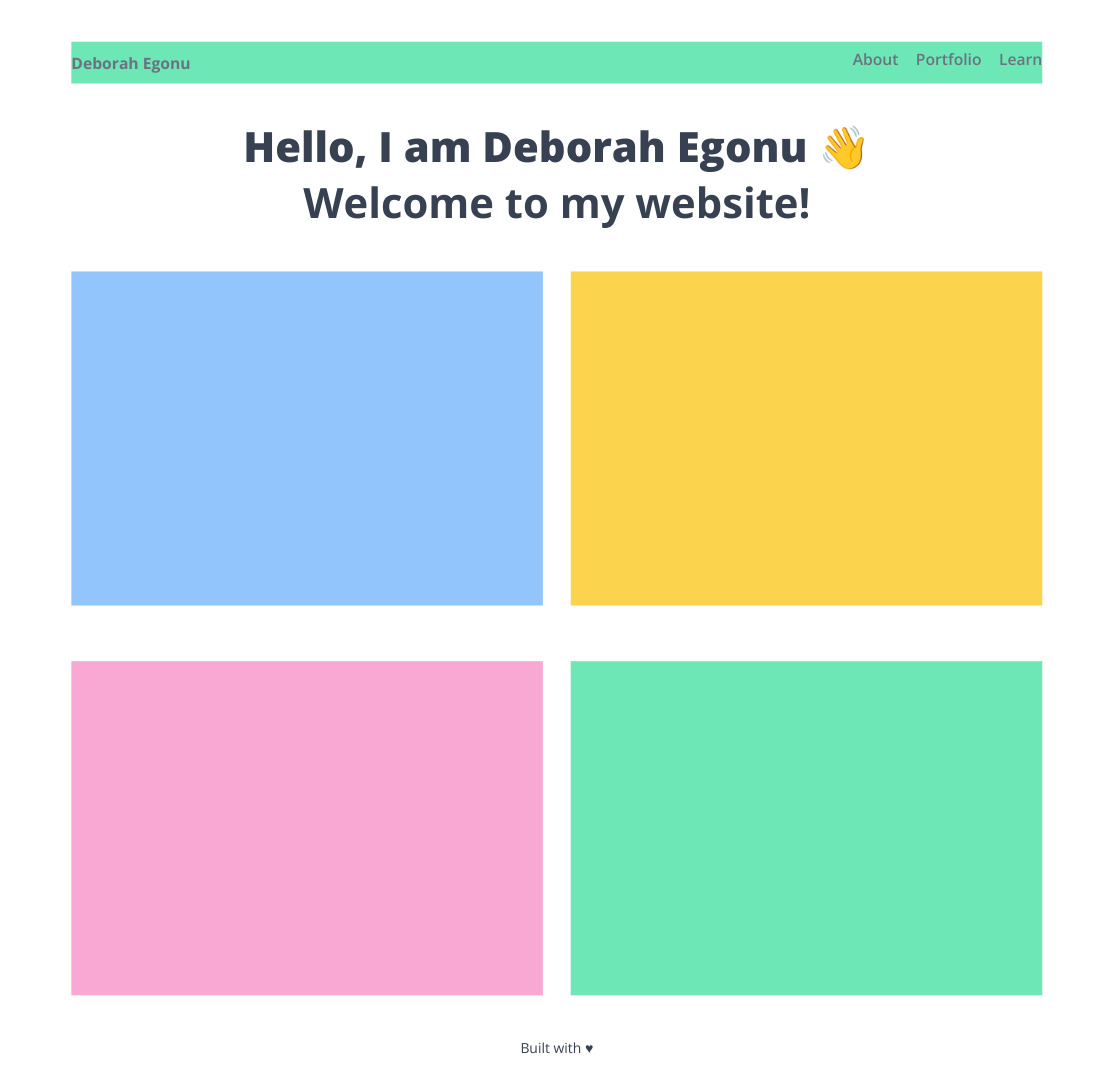
Repository: latenightsnacc/codewithdeb
Page: index.html
The author's editor kept a copy of each file at every save. The page is drawn from the files as they stood at one save, then again after the next save.
The browser window is 1280 px wide. The pictures show the whole page, at 87% of full size.

Above is the page before, as saved 2021-06-07 11:39:51.

After the next save:
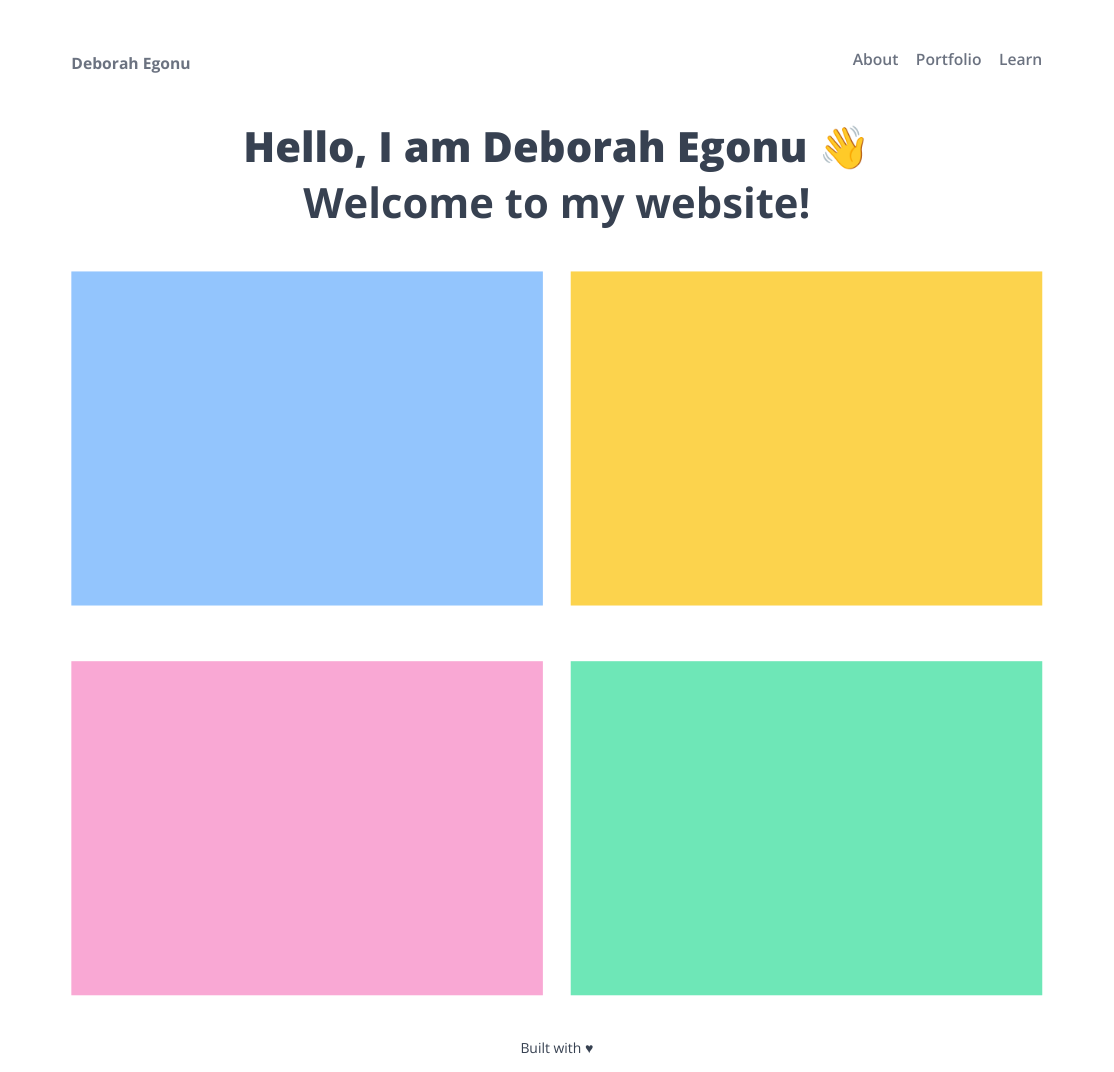
Saved 10 s later.
--- a/index.html
+++ b/index.html
@@ -36,7 +36,7 @@
     <!--NAVIGATION BAR / HEADER-->
     <nav>
         <div class="container">
-            <div class="flex flex-row justify-between h-12 items-center bg-green-300">
+            <div class="flex flex-row justify-between h-12 items-center">
                 <!--LOGO-->
                 <a href="index.html" class="no-underline font-bold text-gray-500 capitalize text-lg hover:text-blue-500">
                     Deborah Egonu
